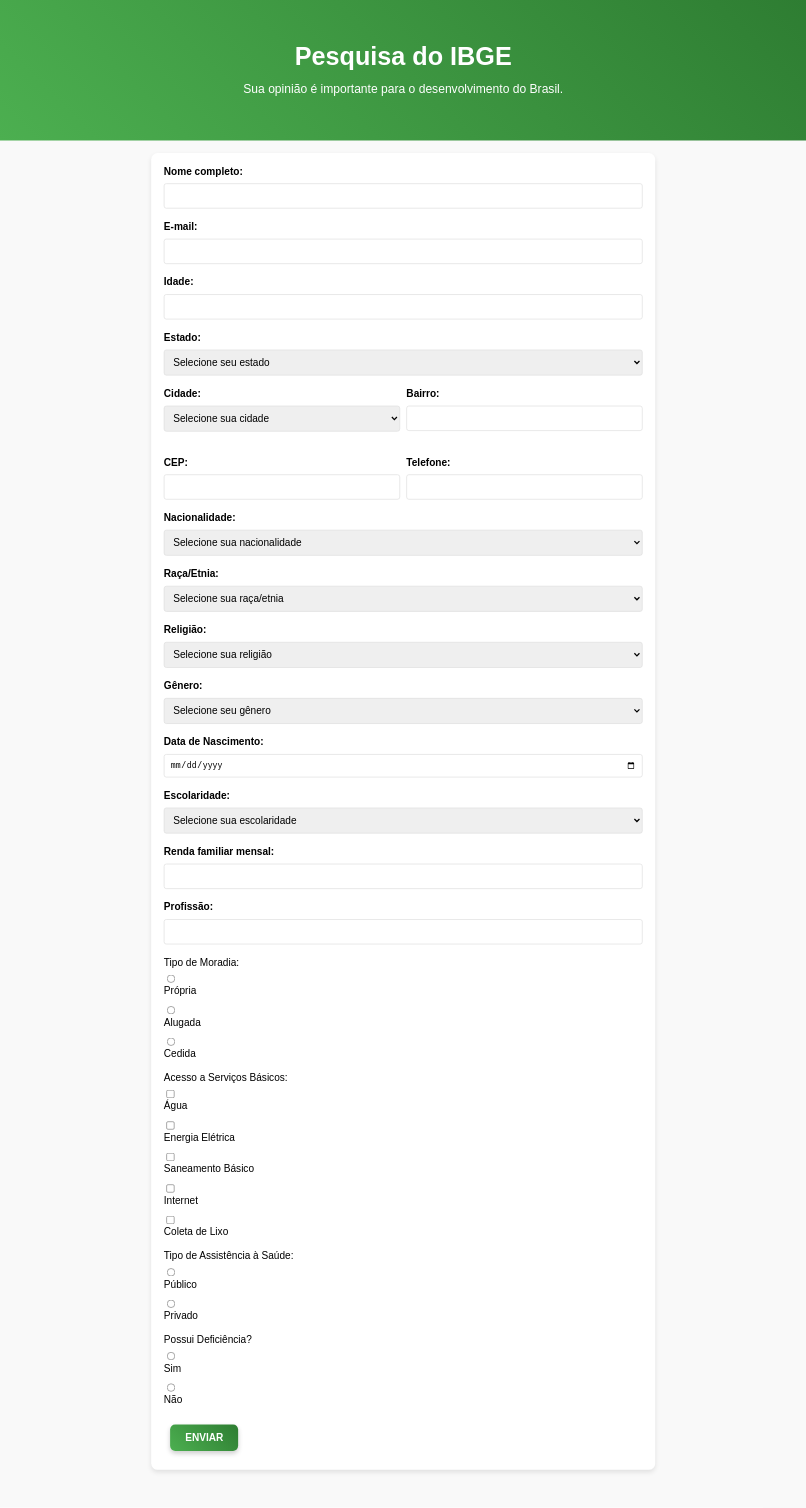
Repository: Gabrielb0rn/Projeto-Formul-rio.io
Page: index.html
An editor plug-in stored every save of this project. The page is shown before and after the next save, followed by the edit.
The browser window is 1280 px wide. The pictures show the whole page, at 63% of full size.

Above is the page before, as saved 2024-07-01 08:23:49.

After the next save:
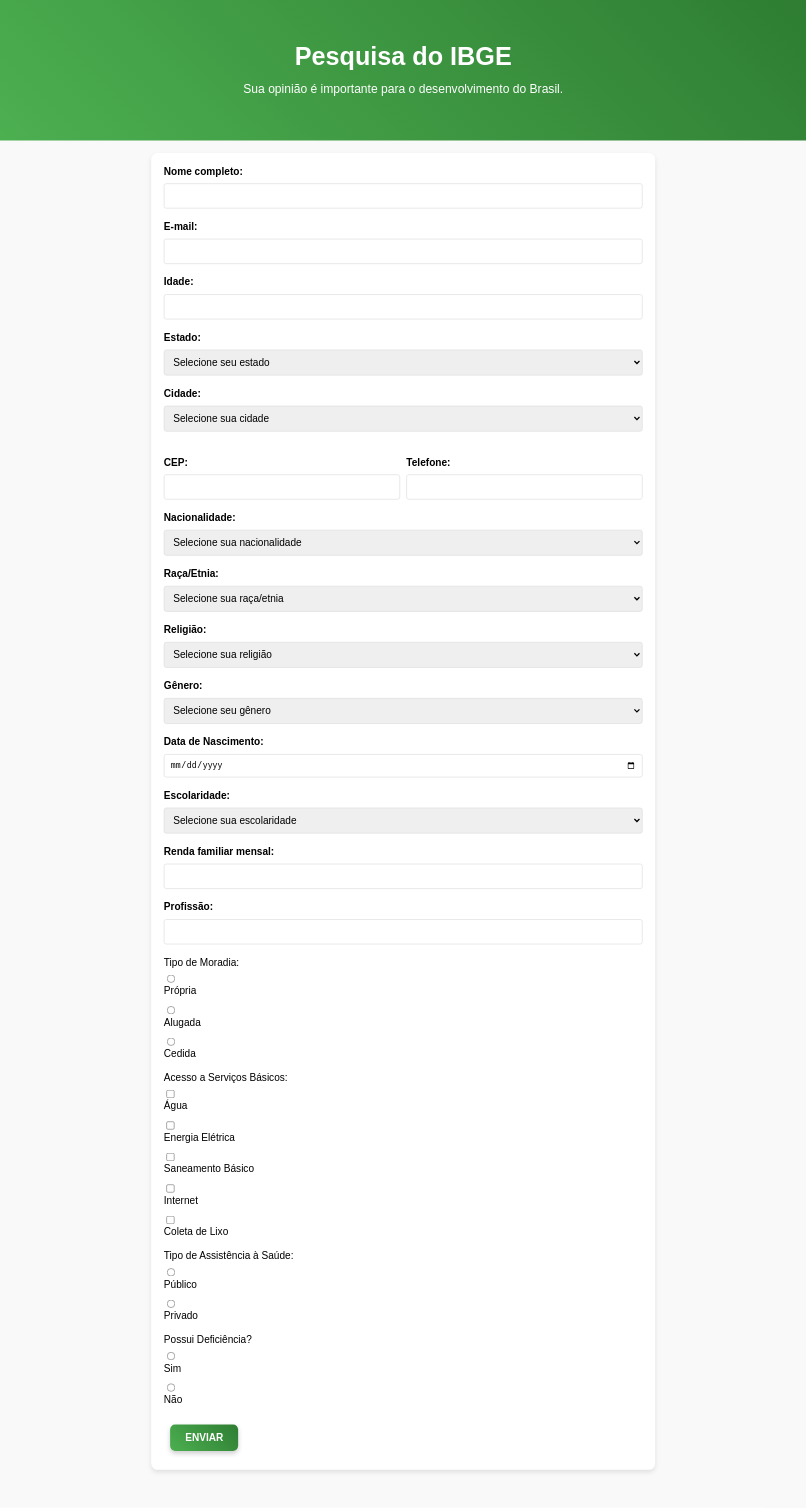
Saved 17 s later.
--- a/index.html
+++ b/index.html
@@ -68,10 +68,6 @@
                         <select id="cidade" name="cidade" required>
                             <option value="">Selecione sua cidade</option>
                         </select>
-                    </div>
-                    <div>
-                        <label for="bairro">Bairro:</label>
-                        <input type="text" id="bairro" name="bairro">
                     </div>
                 </div>
                 <div class="form-group inline-group">
